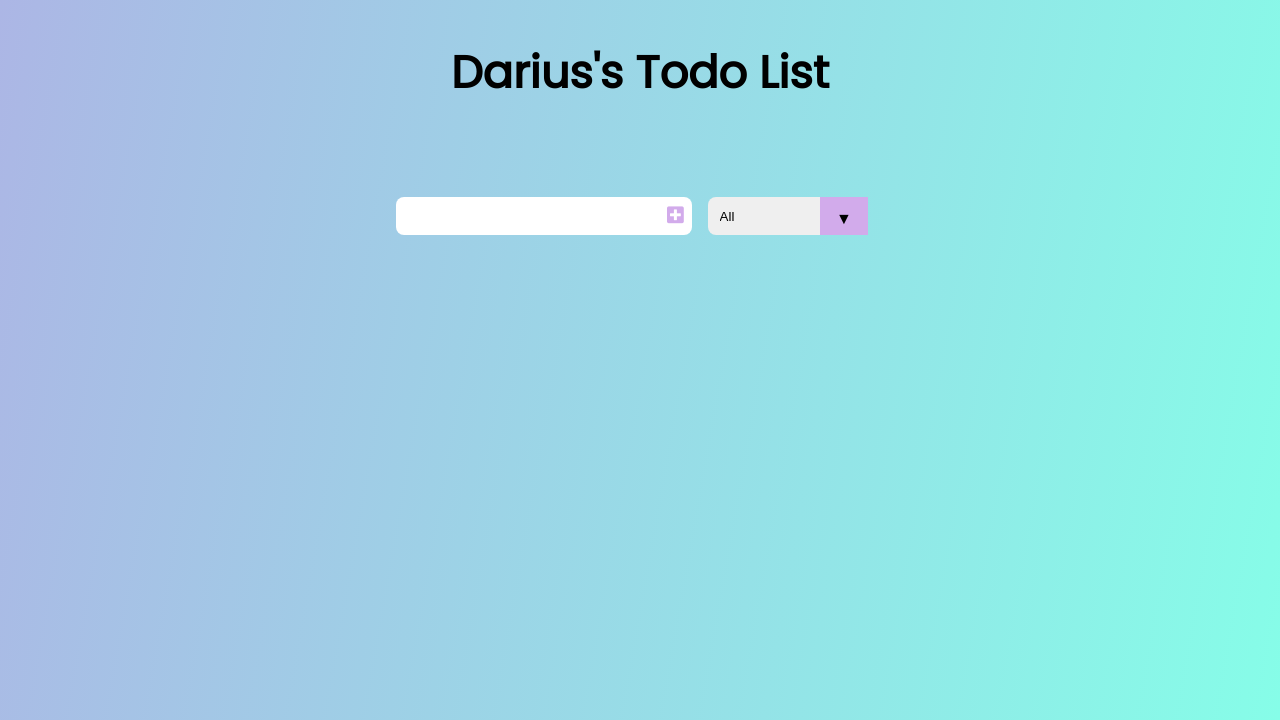
Repository: dariusfarcasanu/Todo-List-App-in-JS
Page: index.html
These files come from the project's save history. The page is drawn as it stood at one moment and after the next save; the edit follows.
The browser window is 1280 px wide. The pictures show the whole page.

Above is the page before, as saved 2021-05-12 17:26:33.

### index.html
<!DOCTYPE html>
<html lang="en">
  <head>
    <meta charset="UTF-8" />
    <meta http-equiv="X-UA-Compatible" content="IE=edge" />
    <meta name="viewport" content="width=device-width, initial-scale=1.0" />
    <link
      rel="stylesheet"
      href="https://cdnjs.cloudflare.com/ajax/libs/font-awesome/5.15.3/css/all.min.css"
      integrity="sha512-iBBXm8fW90+nuLcSKlbmrPcLa0OT92xO1BIsZ+ywDWZCvqsWgccV3gFoRBv0z+8dLJgyAHIhR35VZc2oM/gI1w=="
      crossorigin="anonymous"
    />
    <link
      href="https://fonts.googleapis.com/css2?family=Poppins&display=swap"
      rel="stylesheet"
    />
    <link rel="stylesheet" href="styles.css" />
    <title>Todo List</title>
  </head>
  <body>
    <header>
      <h1>Darius's Todo List</h1>
    </header>

    <form>
      <input type="text" class="todo-input" />
      <button class="todo-button" type="submit">
        <i class="fas fa-plus-square"></i>
      </button>
      <div class="select">
        <select name="todo" class="filter-todo">
          <option value="all">All</option>
          <option value="completed">Completed</option>
          <option value="uncompleted">Uncompleted</option>
        </select>
      </div>
    </form>
    <div class="todo-container">
      <ul class="todo-list"></ul>
    </div>

    <script src="./index.js"></script>
  </body>
</html>

### styles.css
:root {
  --bg-color-one: #acb6e5;
  --bg-color-two: #86fde8;
  --btn-color: #d2abeb;
  --radius-num: 8px;
}

* {
  margin: 0;
  padding: 0;
  box-sizing: border-box;
}

body {
  font-family: 'Poppins', sans-serif;
  min-height: 100vh;
  background-image: linear-gradient(
    100deg,
    var(--bg-color-one),
    var(--bg-color-two)
  );
}

header {
  font-size: 1.4rem;
}

header,
form {
  min-height: 20vh;
  display: flex;
  justify-content: center;
  align-items: center;
}

form input,
form button {
  padding: 0.5rem;
  font-size: 1.2rem;
  border: none;
  outline: none;
  background: white;
}

form button {
  color: var(--btn-color);
  background: white;
  cursor: pointer;
  transition: all 0.3 ease;
}

form button i:hover {
  color: #37d19b;
  transform: scale(1.1);
}

.todo-container {
  display: flex;
  justify-content: center;
  align-items: center;
}

.todo-list {
  min-width: 30%;
  list-style: none;
}

.todo {
  margin: 0.5rem;
  background: white;
  color: black;
  font-size: 1.3rem;
  display: flex;
  justify-content: space-between;
  align-items: center;
  transition: all 0.6s ease;
  overflow: hidden;
  border-radius: var(--radius-num) var(--radius-num) var(--radius-num)
    var(--radius-num);
}

.todo li {
  flex: 1;
}

.trash-btn,
.complete-btn {
  background: #f6f5f5;
  border: none;
  outline: none;
  padding: 0.8rem;
  cursor: pointer;
  font-size: 1.2rem;
  color: black;
}

.trash-btn {
  color: #fa1e0e;
  overflow: hidden;
}

.complete-btn {
  color: #9ede73;
}

.todo-item {
  padding: 0rem 0.5rem;
}

.todo-input {
  border-radius: var(--radius-num) 0 0 var(--radius-num);
}

.todo-button {
  border-radius: 0 var(--radius-num) var(--radius-num) 0;
}

.fa-trash,
.fa-check {
  pointer-events: none;
}

.completed {
  text-decoration: line-through;
  opacity: 0.5;
}

.fall {
  transform: translateY(8rem) rotateZ(20deg);
  opacity: 0;
}

select {
  -webkit-appearance: none;
  -moz-appearance: none;
  appearance: none;
  outline: none;
  border: none;
}

.select {
  margin: 1rem;
  position: relative;
  overflow: hidden;
}

select {
  width: 10rem;
  cursor: pointer;
  padding: 0.73rem;
  overflow: hidden;
  border-radius: var(--radius-num) 0 0 var(--radius-num);
}

.select::after {
  content: '\25BC';
  position: absolute;
  background: var(--btn-color);
  top: -7px;
  right: 0;
  padding: 1rem;
  pointer-events: none;
}

.select:hover::after {
  background: white;
  color: var(--btn-color);
}

### index.js
//Selectors
const todoInput = document.querySelector('.todo-input');
const todoButton = document.querySelector('.todo-button');
const todoList = document.querySelector('.todo-list');
const filterOption = document.querySelector('.filter-todo');

//Event LIsteners
document.addEventListener('DOMContentLoaded', getTodos);
todoButton.addEventListener('click', addTodo);
todoList.addEventListener('click', deleteCheck);
filterOption.addEventListener('click', filterTodo);

//Functions

function addTodo(e) {
  //Prevent form from submitting
  e.preventDefault();

  //Create Todo div
  const todoDiv = document.createElement('div');
  todoDiv.classList.add('todo');

  //Create li element
  const newTodo = document.createElement('li');
  newTodo.innerText = todoInput.value;
  newTodo.classList.add('todo-item');
  todoDiv.appendChild(newTodo);

  //ADD todo to Local Storage
  saveLocalTodos(todoInput.value);

  //Create checked button
  const completedButton = document.createElement('button');
  completedButton.innerHTML = '<i class="fas fa-check"></i>';
  completedButton.classList.add('complete-btn');
  todoDiv.appendChild(completedButton);

  //Create trash button
  const trashButton = document.createElement('button');
  trashButton.innerHTML = '<i class="fas fa-trash"></i>';
  trashButton.classList.add('trash-btn');
  todoDiv.appendChild(trashButton);

  //Append to list
  todoList.appendChild(todoDiv);

  //Clear Todo INPUT VALUE
  todoInput.value = '';
}

function deleteCheck(e) {
  const item = e.target;
  //DELETE TODO
  if (item.classList[0] === 'trash-btn') {
    const todo = item.parentElement;

    //Animation
    todo.classList.add('fall');
    removeLocalStorageTodos(todo);
    todo.addEventListener('transitionend', function () {
      todo.remove();
    });
  }

  //CHECK MARK
  if (item.classList[0] === 'complete-btn') {
    const todo = item.parentElement;
    todo.classList.toggle('completed');
  }
}

function filterTodo(e) {
  const todos = todoList.childNodes;
  todos.forEach(function (todo) {
    switch (e.target.value) {
      case 'all':
        todo.style.display = 'flex';
        break;
      case 'completed':
        if (todo.classList.contains('completed')) {
          todo.style.display = 'flex';
        } else {
          todo.style.display = 'none';
        }
        break;
      case 'uncompleted':
        if (!todo.classList.contains('completed')) {
          todo.style.display = 'flex';
        } else {
          todo.style.display = 'none';
        }
        break;
    }
  });
}

// SAVING THE TODOS IN THE LOCAL STORAGE
// WHEN WE REFRESH THEY DONT GO AWAY

function saveLocalTodos(todo) {
  //Check if we already have things in there
  let todos;
  if (localStorage.getItem('todos') === null) {
    todos = [];
  } else {
    todos = JSON.parse(localStorage.getItem('todos'));
  }
  todos.push(todo);
  localStorage.setItem('todos', JSON.stringify(todos));
}

function getTodos() {
  if (localStorage.getItem('todos') === null) {
    todos = [];
  } else {
    todos = JSON.parse(localStorage.getItem('todos'));
  }

  todos.forEach(todo => {
    //Create Todo div
    const todoDiv = document.createElement('div');
    todoDiv.classList.add('todo');

    //Create li element
    const newTodo = document.createElement('li');
    newTodo.innerText = todo;
    newTodo.classList.add('todo-item');
    todoDiv.appendChild(newTodo);

    //Create checked button
    const completedButton = document.createElement('button');
    completedButton.innerHTML = '<i class="fas fa-check"></i>';
    completedButton.classList.add('complete-btn');
    todoDiv.appendChild(completedButton);

    //Create trash button
    const trashButton = document.createElement('button');
    trashButton.innerHTML = '<i class="fas fa-trash"></i>';
    trashButton.classList.add('trash-btn');
    todoDiv.appendChild(trashButton);

    //Append to list
    todoList.appendChild(todoDiv);
  });
}

function removeLocalStorageTodos(todo) {
  if (localStorage.getItem('todos') === null) {
    todos = [];
  } else {
    todos = JSON.parse(localStorage.getItem('todos'));
  }

  const todoIndex = todo.children[0].innerText;
  todos.splice(todos.indexOf(todoIndex), 1);
  localStorage.setItem('todos', JSON.stringify(todos));
}

After the next save:
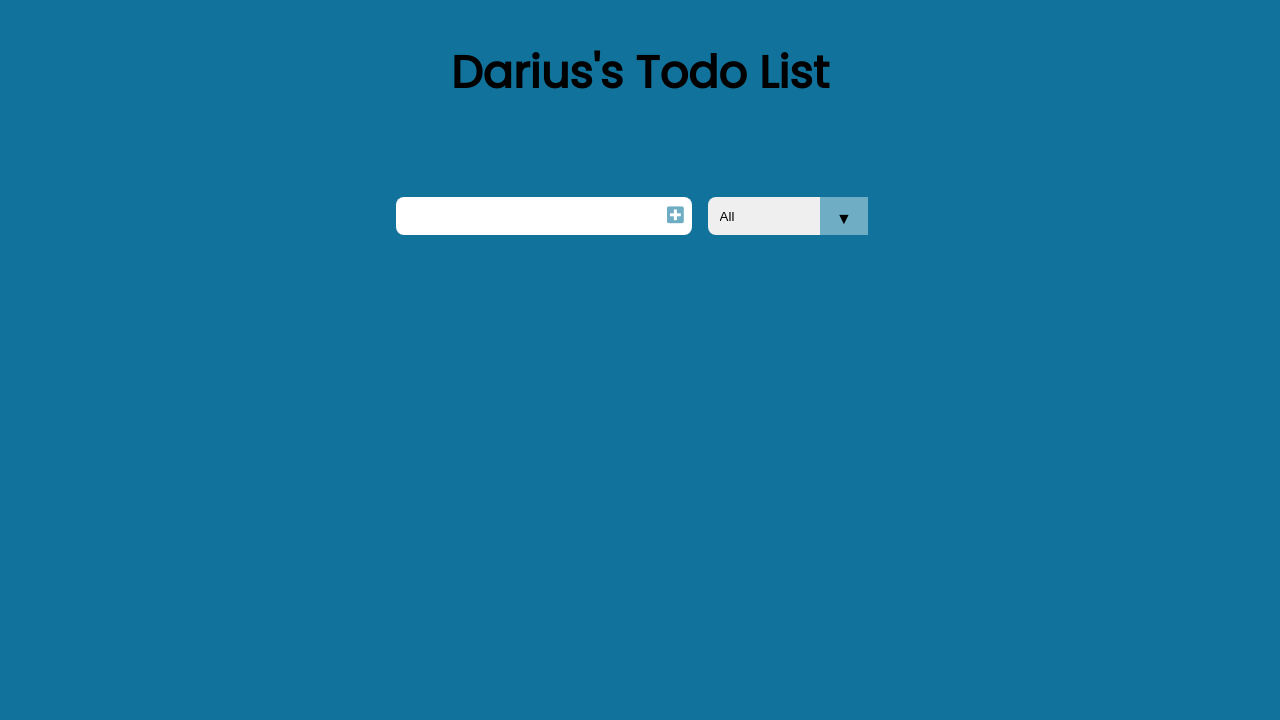
Saved 40 s later.
--- a/styles.css
+++ b/styles.css
@@ -1,7 +1,6 @@
 :root {
-  --bg-color-one: #acb6e5;
-  --bg-color-two: #86fde8;
-  --btn-color: #d2abeb;
+  --bg-color: #11729b;
+  --btn-color: #6fadc4;
   --radius-num: 8px;
 }
 
@@ -14,11 +13,7 @@
 body {
   font-family: 'Poppins', sans-serif;
   min-height: 100vh;
-  background-image: linear-gradient(
-    100deg,
-    var(--bg-color-one),
-    var(--bg-color-two)
-  );
+  background: var(--bg-color);
 }
 
 header {
